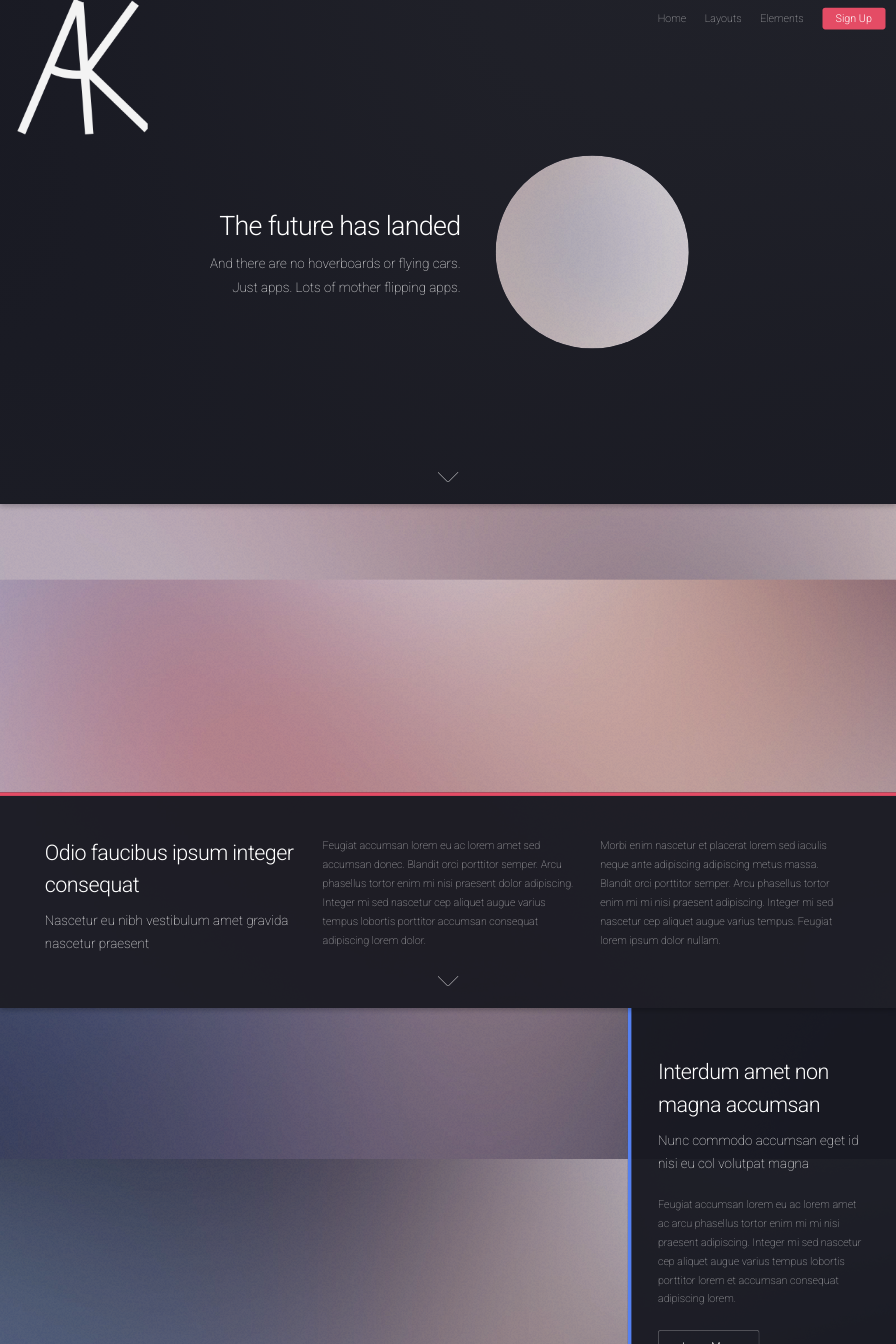
Repository: bliuzley13/Website_Portfolio
Page: index.html
These files come from the project's save history. The page is drawn as it stood at one moment and after the next save; the edit follows.
The browser window is 1280 px wide. The pictures show the part of the page from y = 0 to 1920 px (the page is 4351 px tall), at 70% of full size.
Backgrounds fixed to the window are drawn as part of the page.

Above is the page before, as saved 2024-01-31 22:20:14.

After the next save:
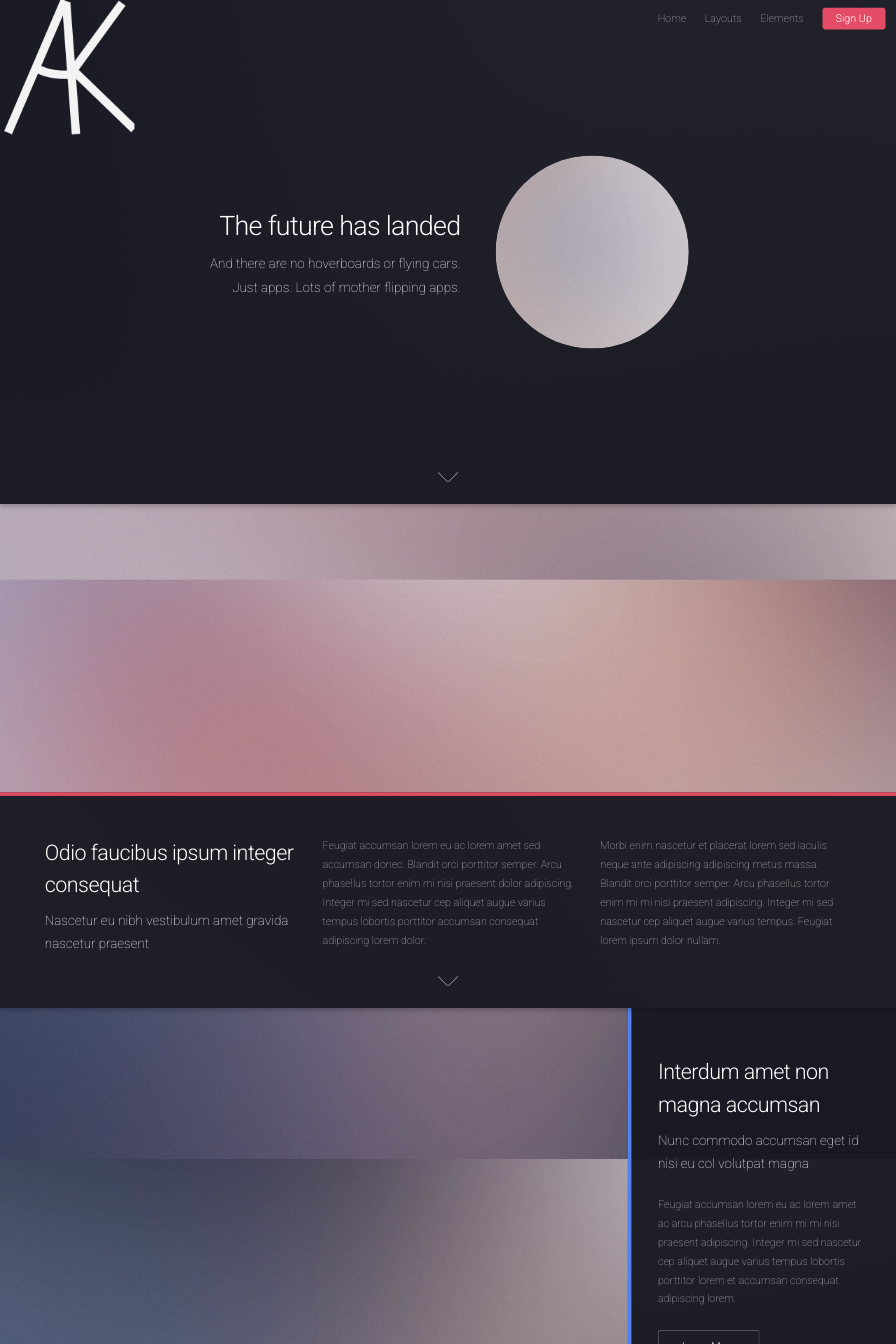
Saved 20 s later.
--- a/index.html
+++ b/index.html
@@ -12,11 +12,11 @@
 
 		<!-- Header -->
 		<header id="header">
-			<h1 id="logo">
+			<h6 id="logo">
                 <a href="index.html">
                     <img src="Logo.png" alt="Logo">
                 </a>
-            </h1>
+            </h6>
 			<nav id="nav">
 				<ul>
 					<li><a href="index.html">Home</a></li>
